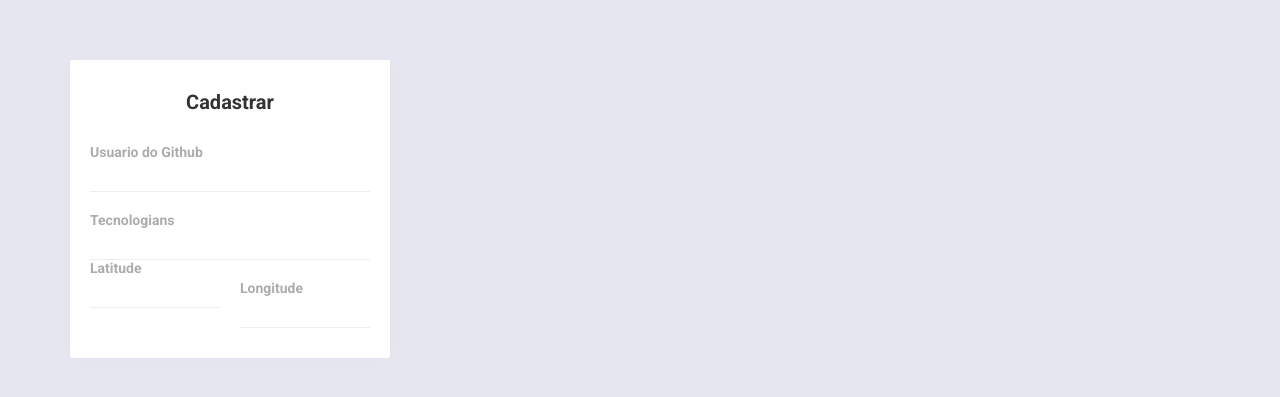
Repository: vadyvarela/semanaOmnistack10
Page: / (app in frontend/)
The author's editor kept a copy of each file at every save. The page is drawn from the files as they stood at one save, then again after the next save.
The browser window is 1280 px wide. The pictures show the whole page.
The project was rebuilt for these pictures with package versions that can differ from the ones it lists, and the page was loaded fresh each time.

Above is the page before, as saved 2020-01-15 22:08:53.

### frontend/src/App.js
import React from 'react';
import './global.css';
import './App.css';
import './Sidebar.css';

function App() {
  return (
    <div id="app">
      <aside>
        <strong>Cadastrar</strong>
        <form>
          <div className="input_block">
            <label htmlFor="github_username">Usuario do Github</label>
            <input type="text" name="github_username" id="github_username" required />
          </div>

          <div className="input_block">
            <label htmlFor="techs">Tecnologians</label>
            <input type="text" name="techs" id="techs" required />
          </div>

          <div className="input_group">
            <div className="input_block">
              <label htmlFor="latitude">Latitude</label>
              <input type="text" name="latitude" id="latitude" required />
            </div>
            <div className="input_block">
              <label htmlFor="longitude">Longitude</label>
              <input type="text" name="longitude" id="longitude" required />
            </div>

          </div>
        </form>
      </aside>
      <main>

      </main>
    </div>
  );
}

export default App;

### frontend/src/global.css
@import url('https://fonts.googleapis.com/css?family=Roboto:400,700&display=swap');
*{
    margin: 0;
    padding: 0;
    outline: 0;
    box-sizing: border-box;
}

html, body #root {
    height: 100%;
}

body {
    background: #e5e6f0;
    -webkit-font-smoothing: antialiased;
}

body, input, button {
    font-family: Roboto, sans-serif;
}

### frontend/src/App.css
#app {
    max-width: 1200px;
    margin: 0 auto;
    padding: 60px 30px;

    display: flex;
    flex-direction: row;
    align-items: flex-start;
}

### frontend/src/Sidebar.css
aside {
    width: 320px;
    background: #fff;
    box-shadow: 0 0 14px 0 rgba(0,0,0,0.02);
    border-radius: 2px;
    padding: 30px 20px;
}

aside strong {
    font-size: 20px;
    text-align: center;
    display: block;
    color: #333;
}

aside form {
    margin-top: 30px;
}

aside form .input_block + .input_block {
    margin-top: 20px;
}

aside form .input_group {
    margin-top: 20px;
    display: grid;
    gap: 20px;
    grid-template-columns: 1fr 1fr;
}

aside form .input_group, .input_block {
    margin-top: 0;
}

aside form .input_block label {
    color: #ACACAC;
    font-size: 14px;
    font-weight: bold;
    display: block;
}
aside form .input_block input {
    width: 100%;
    height: 32px;
    font-size: 14px;
    color: #666;
    border: 0;
    border-bottom: 1px solid #eee;
}

Loaded but not shown: frontend/public/index.html (common file); frontend/src/index.js (common file)

After the next save:
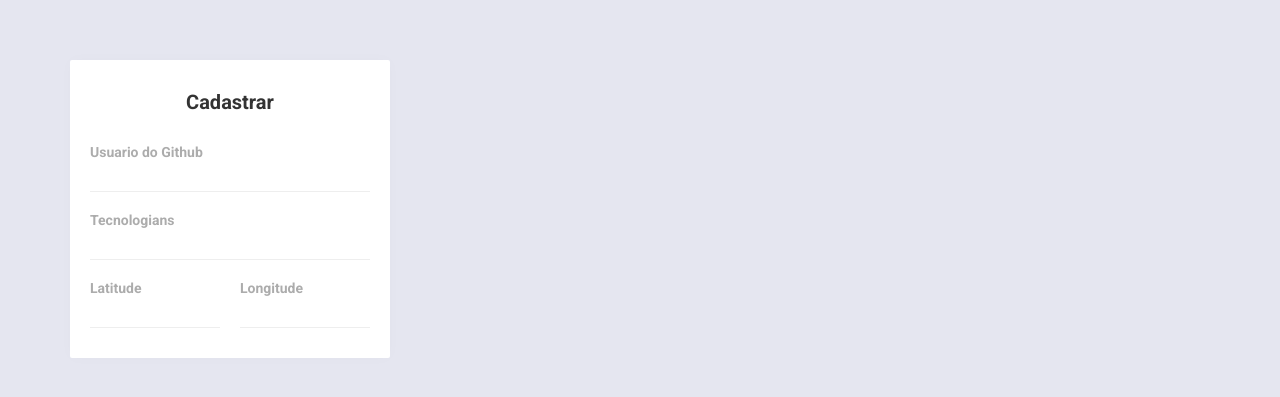
Saved 22 s later.
--- a/frontend/src/Sidebar.css
+++ b/frontend/src/Sidebar.css
@@ -28,7 +28,7 @@ aside form .input_group {
     grid-template-columns: 1fr 1fr;
 }
 
-aside form .input_group, .input_block {
+aside form .input_group .input_block {
     margin-top: 0;
 }
 
